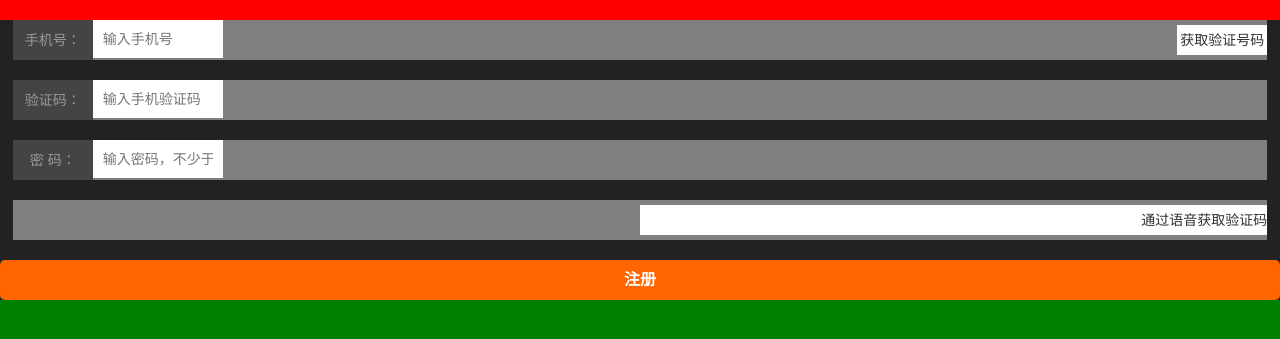
Repository: wangxinjun08231116/Html5Views
Page: WangXinJun/WebContent/htmls/QCF/ZhuCe.html
The author's editor kept a copy of each file at every save. The page is drawn from the files as they stood at one save, then again after the next save.
The browser window is 1280 px wide. The pictures show the whole page.

Above is the page before, as saved 2015-01-22 06:18:16.

After the next save:
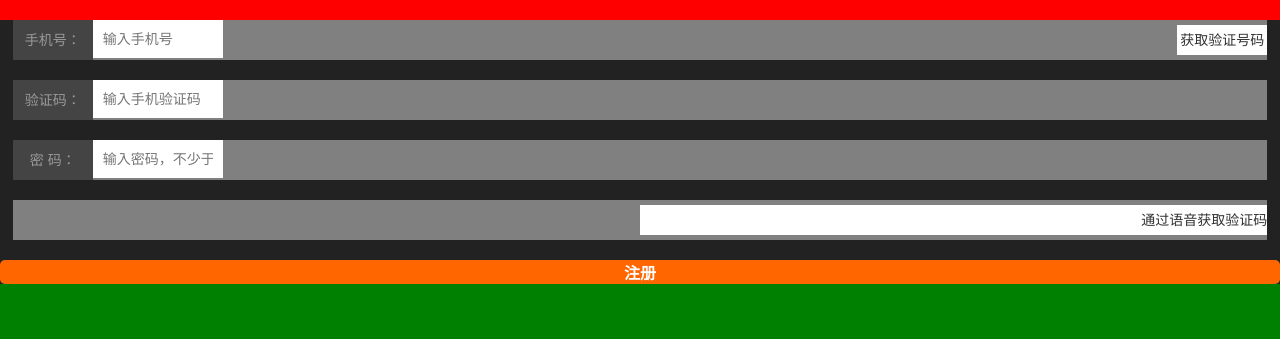
Saved 71 s later.
--- a/WangXinJun/WebContent/css/QCF/ZhuCe.css
+++ b/WangXinJun/WebContent/css/QCF/ZhuCe.css
@@ -100,12 +100,14 @@ body {
 /*注册  */
 
 .zhuCeDiv{
+	width = 80%;
+	height = 40px;
+
 	background-color: #f60;
     border-radius: 5px;
     color: #fff;
     font-size: 16px;
     font-weight: bold;
-    line-height: 40px;
     text-align: center;
     /* 上下外边距20px,左右自动适应，居中。 */
 	margin:20px auto;
